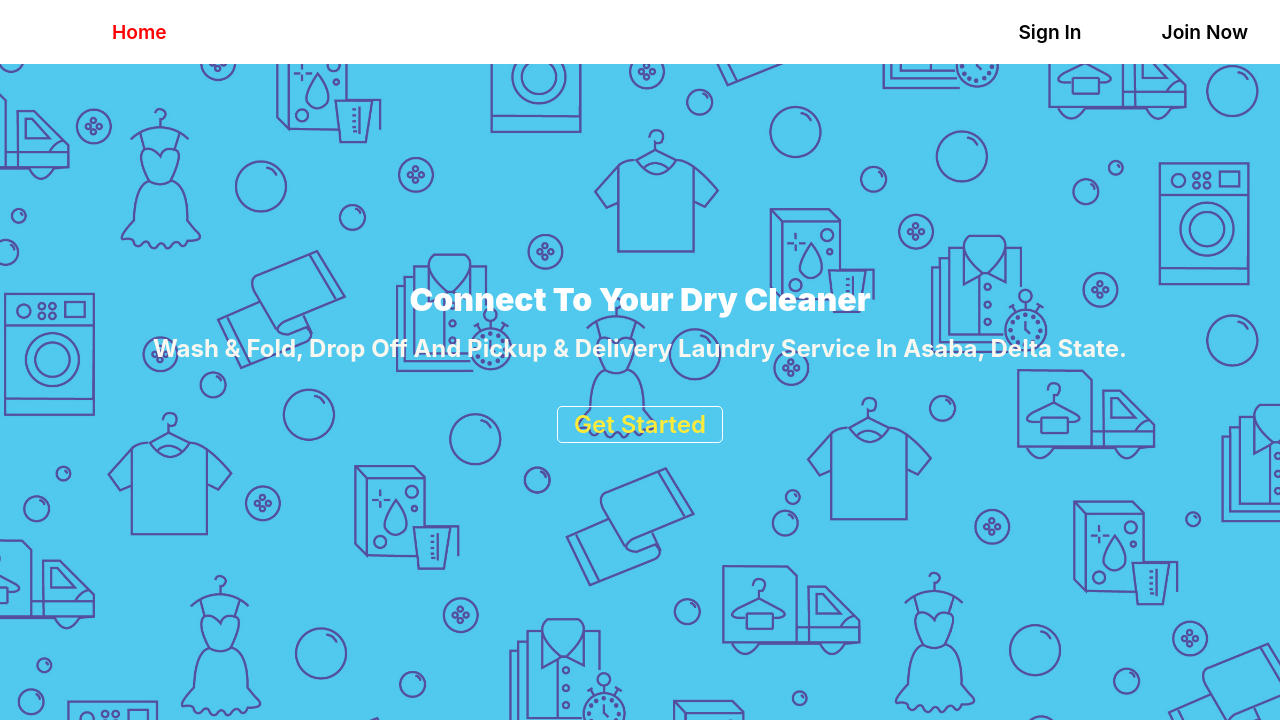
Repository: MikkyPrestige/fake-user-authentication
Page: /
The author's editor kept a copy of each file at every save. The page is drawn from the files as they stood at one save, then again after the next save.
The browser window is 1280 px wide. The pictures show the whole page.
The project was rebuilt for these pictures with package versions that can differ from the ones it lists, and the page was loaded fresh each time. Also part of the build but not shown: src/components/register.jsx.

Above is the page before, as saved 2022-11-20 00:15:00.

After the next save:
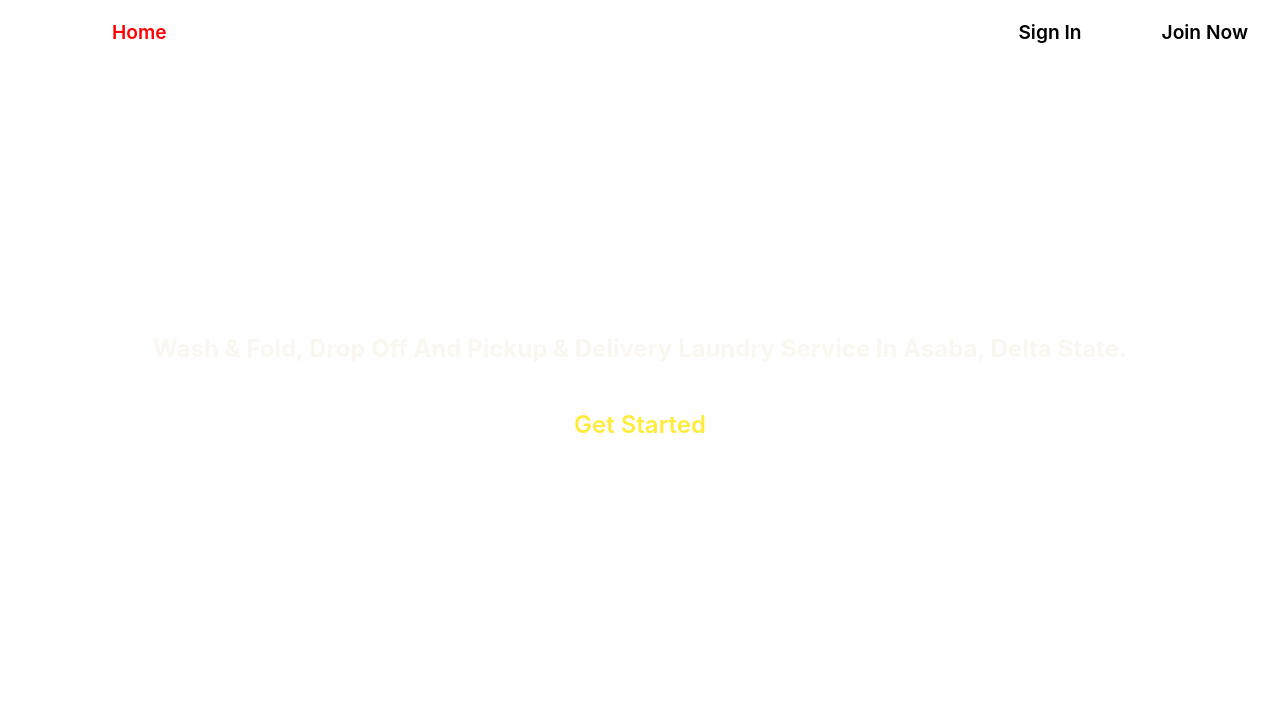
Saved 58 s later.
--- a/src/assets/styles/home.css
+++ b/src/assets/styles/home.css
@@ -1,9 +1,9 @@
 .home {
-  background-image: url(../img/pattern_blue-1.jpg);
-  background-repeat: no-repeat;
+  background: url(../img/pattern_blue-1.jpg) no-repeat cover center fixed;
+  /* background-repeat: no-repeat;
   background-size: cover;
   background-position: center;
-  background-attachment: fixed;
+  background-attachment: fixed; */
   height: 100vh;
   color:  #fff;
 }

After the save that followed:
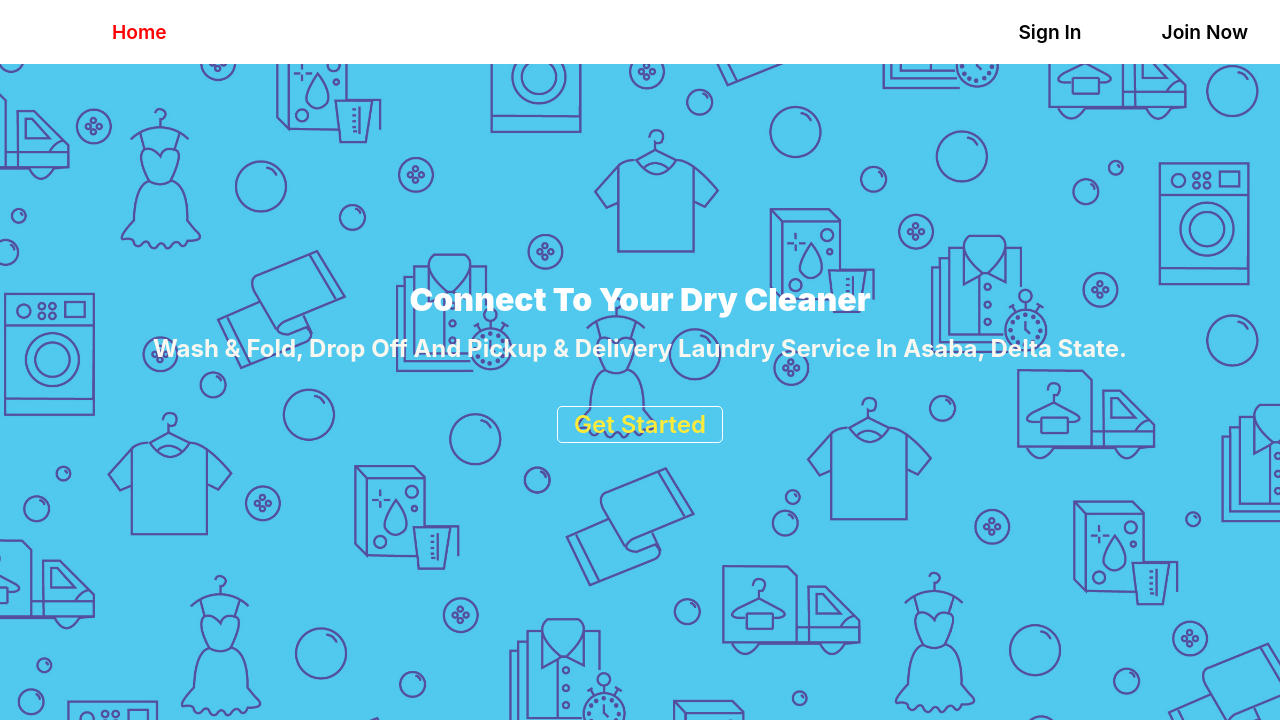
Saved 14 s later.
--- a/src/assets/styles/home.css
+++ b/src/assets/styles/home.css
@@ -1,9 +1,9 @@
 .home {
-  background: url(../img/pattern_blue-1.jpg) no-repeat cover center fixed;
-  /* background-repeat: no-repeat;
+  background-image: url(../img/pattern_blue-1.jpg);
+  background-repeat: no-repeat;
   background-size: cover;
   background-position: center;
-  background-attachment: fixed; */
+  background-attachment: fixed;
   height: 100vh;
   color:  #fff;
 }
